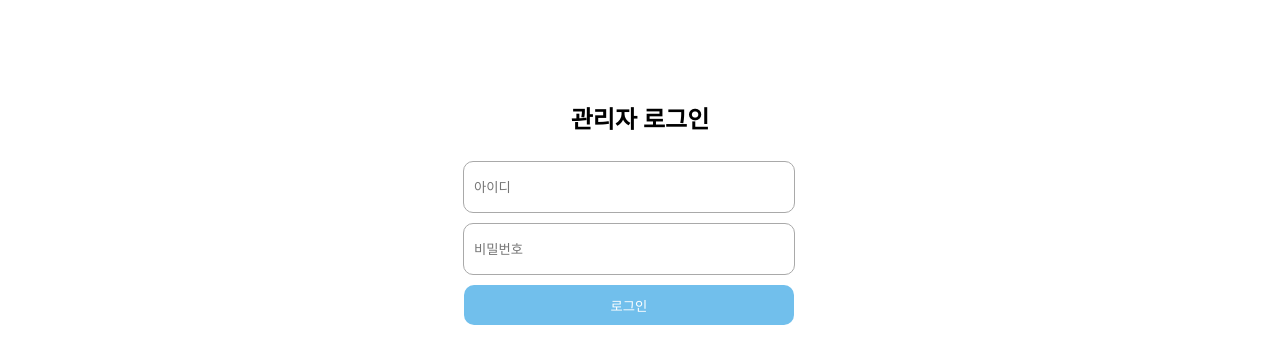
Repository: hystarbit/cinnamorollstore
Page: http://localhost/cinnamorollstore/admin/login/login.jsp
The author's editor kept a copy of each file at every save. The page is drawn from the files as they stood at one save, then again after the next save.
The browser window is 1280 px wide. The pictures show the whole page.
Some web fonts or font styles are not loaded; a fallback is used. The page is served by Tomcat 9. Nobody is signed in. The application's start-up code is not run. Other server files are loaded and not shown.

Above is the page before, as saved 2024-09-18 06:11:30.

### cinnamorollstore/src/main/webapp/admin/login/login.jsp
<%@ page language="java" contentType="text/html; charset=UTF-8"
	pageEncoding="UTF-8"%>
<%@ taglib prefix="c" uri="http://java.sun.com/jsp/jstl/core"%>
<c:set var="path" value="${pageContext.request.contextPath}" />
<!DOCTYPE html>
<html>
<head>
<meta charset="UTF-8">
<title>시나모롤 스토어</title>
<link href="${path}/resources/css/main.css" rel="stylesheet" />
</head>

<body>
	<c:if test="${param.error == 'nonAdmin' }">
		<script>
			alert('관리자에게만 권한이 있습니다. 고객님은 일반회원입니다.');
		</script>
	</c:if>
	<c:if test="${param.error == 'nonUser' }">
		<script>
			alert('당신은 회원이 아닙니다.');
		</script>
	</c:if>
	<div id="login" class="login">
		<h2 class="login-title">관리자 로그인</h2>
		<form action="${path }/admin/login.do" method="post" id="loginForm"
			class="loginForm">
			<input type="text" id="user_id" name="user_id"
			placeholder="아이디" style="width:310px; height: 30px;" required>
			<br>
			<input type="password" id="password" name="password"
				placeholder="비밀번호" style="width:310px; height: 30px;" required >
			<br>
			<button type="submit" id="login-submit" class="login-submit" >로그인</button>
		</form>
	</div>
</body>

</html>

### cinnamorollstore/src/main/webapp/resources/css/main.css
@font-face {
	font-family: 'TTLaundryGothicB';
	src:
		url('https://fastly.jsdelivr.net/gh/projectnoonnu/2403-2@1.0/TTLaundryGothicB.woff2')
		format('woff2');
	font-weight: 700;
	font-style: normal;
}

ul, menu, li {
	list-style: none;
}

a {
	text-decoration-line: none;
	color: #333;
}

#wrap {
	width: 100%;
	min-width: 1260px;
	margin: 0 auto;
	/* border: 1px solid black; */
}

header {
	max-width: 100%;
}

.top-bar {
	/* position: absolute;
    top: 0;
    right: 0;
    left: 0; */
	min-width: 1000px;
	width: 100%;
	height: 32px;
	background-color: #71BFEC;
	z-index: 4;
	font-size: 11px;
}

#headerMenu {
	/* z-index: 10; */
	list-style: none;
	float: right;
	font-size: 11px;
}

#headerMenu>li {
	float: left;
	height: 26px;
	position: relative;
	color: white;
	padding-right: 12px;
}

#headerMenu>li>a {
	color: white;
}

#menu {
	width: 100%;
	position: relative;
	min-width: 1000px;
	top: 0px;
	z-index: 0;
	overflow: hidden;
	height: 30px;
}

#categoryList {
	position: absolute;
	z-index: 0;
	text-align: center;
	display: flex;
	justify-content: space-evenly;
	align-item: center;
	width: 100%;
}

#categoryList>li {
	color: #333;
	font-family: 'TTLaundryGothicB';
}

hr {
	margin-top: 0.5em;
	margin-bottom: 0.5em;
	margin-left: -0.5em;
	margin-right: -0.5em;
	display: block;
	overflow: hidden;
	border-style: inset;
	border-width: 0.5px;
	color: rgb(207, 207, 207);
}

.middle-bar {
	margin-left: 15px;
	margin-right: 15px;
	margin-top: 20px;
	display: flex;
	position: relative;
	z-index: 3;
}

.logo {
	display: flex;
	position: relative;
	align-items: center;
	margin: 20px 0;
}

.logo>span {
	font-size: 30px;
	color: #71BFEC;
	margin-right: 10px;
	float: left;
	font-family: 'TTLaundryGothicB';
	text-align: center;
	width: 210px;
}

.logo>span>a {
	color: #71BFEC;
}

.search {
	position: relative;
	z-index: 3;
	float: left;
	margin-left: 0;
	margin-right: 22px;
	margin-top: 30px;
	width: calc(100% - 250px);
	height: 48px;
	border: 2px solid #71BFEC;
	border-radius: 24px;
}

#searchItem {
	width: calc(100% - 50px) !important;
	left: 20px;
	color: #333;
	position: absolute;
	padding-right: 0;
	padding-left: 0;
	height: 44px;
	margin: 0;
	border: 0;
	text-indent: 8px;
	font-size: 16px;
	outline: 0;
}

.icon-menu {
	display: flex;
	margin-top: 26px;
}

.icon-menu>li {
	float: left;
	position: relative;
	margin-right: 30px;
	display: flex;
	align-items: center;
	list-style: none;
	font-size: 12px;
	font-family: 'TTLaundryGothicB';
	text-align: center;
}

.my-page, .my-cart {
	display: flex;
	flex-direction: column;
	width: 60px;
}

.my-page-icon, .my-cart-icon {
	display: flex;
	width: 60px;
	justify-content: center;
	align-items: center;
	padding-bottom: 5px;
}

.my-page-title, .my-cart-title {
	width: 60px;
	text-align: center;
}

.login {
	margin: 100px auto;
}

.login>form>input {
	height: 40px;
}

.login-title, #join-title {
	font-family: 'TTLaundryGothicB';
	text-align: center;
}

.loginForm {
	z-index: 3;
	margin-top: 26px;
	margin-right: 22px;
	list-style: none;
	font-size: 12px;
	font-family: 'TTLaundryGothicB';
	text-align: center;
}

.loginForm>input {
	margin-bottom: 10px;
	height: 20px;
	width: 330px;
	border-radius: 10px;
	padding: 10px;
	border: 1px solid darkgrey;
}

.login-submit {
	background-color: #71BFEC;
	color: white;
	height: 40px;
	width: 330px;
	margin-bottom: 10px;
	border-radius: 10px;
	border: 0;
	cursor: pointer;
}

.join-button {
	background-color: #ffffff;
	color: #71BFEC;
	height: 40px;
	width: 330px;
	margin-bottom: 10px;
	border-radius: 10px;
	border: 1px solid #71BFEC;
	cursor: pointer;
}

#item-overview {
	position: relative;
	width: 980px;
	padding: 45px 45px 0 0;
	margin: 0 auto;
}

h2 {
	font-size: 24px;
}

h3 {
	font-family: 'TTLaundryGothicB';
	color: #71BFEC;
	font-size: 18px;
	margin-left: 20px;
}

.item-list {
	display: flex;
	overflow: hidden;
	width: 890px;
	/* width: 980px; */
	/* gap: 20px; */
	/* gap: 10px; */
}

.item {
	/* float: left; */
	width: 180px;
}

.item-image {
	width: 200px;
	margin-bottom: 12px;
	align-items: center;
}

.item-infos {
	display: flex;
	flex-direction: column;
	padding-top: 10px;
	font-size: 14px;
	text-align: center;
}

.item-price {
	font-weight: bold;
	color: #ff7bb0;
	font-size: 18px;
	padding: 5px 0;
}

.footer-menu {
	display: flex;
	justify-content: space-around;
	font-size: 12px;
}

.footer-info {
	width: 100%;
	display: flex;
	justify-content: space-evenly;
	font-size: 12px;
	margin-top: 20px;
}

.footer-logo>p {
	font-size: 20px;
	color: #71BFEC;
	margin-right: 10px;
	font-family: 'TTLaundryGothicB';
	text-align: center;
	align-items: center;
	width: 150px;
}

.footer-logo>p>a {
	color: #71BFEC;
	line-height: 150%;
}

.item-info {
	width: 980px;
	margin: 20px auto;
}

.item-info>h2 {
	font-family: 'TTLaundryGothicB';
}

.item-detail {
	display: flex;
	justify-content: space-around;
	padding: 10px;
}

.item-detail-infos {
	display: flex;
	flex-direction: column;
	justify-content: left;
	font-size: 16px;
	text-align: left;
	padding-top: 10px;
	color: #333;
	font-size: 18px;
	line-height: 200%;
	width: 200px;
}

.item-detail-title {
	margin-right: 10px;
	font-weight: bold;
	font-size: 14px;
}

.item-detail-price {
	color: #ff7bb0;
	font-size: 14px;
}

.item-detail-original-price {
	color: #333;
	text-decoration-line: line-through;
}

.item-detail-count>input {
	width: 30px;
}

.item-detail-delivery-price {
	color: #333;
	font-size: 18px;
}

.left {
	display: block;
	width: 100px;
	float: left;
	text-align: right;
	padding-right: 10px;
}

.item-detail-btn {
	display: flex;
	justify-content: space-between;
	align-items: center;
	margin-top: 20px;
	gap: 10px;
}

.cart {
	width: 140px;
	height: 40px;
	background-color: white;
	border: 1px solid #71BFEC;
	border-radius: 10px;
	color: #71BFEC;
	font-weight: bold;
	cursor: pointer;
	margin: 5px;
}

.cart>a {
	color: #71BFEC;
}

.buy {
	width: 140px;
	height: 40px;
	background-color: #71BFEC;
	border: 1px solid #71BFEC;
	border-radius: 10px;
	color: white;
	font-weight: bold;
	cursor: pointer;
	margin: 5px;
}

.buy>a {
	color: white;
}

.item-cart-infos {
	display: flex;
	flex-direction: column;
	font-size: 12px;
	text-align: left;
	padding-top: 10px;
	color: #333;
	line-height: 150%;
	width: 300px;
}

.item-cart-title {
	font-size: 15px;
	margin-right: 10px;
	font-weight: bold;
}

.itemCategoryCount {
	font-size: 16px;
	color: #333;
	display: flex;
	justify-content: flex-end;
}

.itemCount {
	padding-left: 10px;
}

.itemSelect {
	display: flex;
	justify-content: space-between;
	margin-top: 10px;
	align-items: center;
}

.itemOrders {
	font-size: 16px;
	color: #333;
	display: flex;
	justify-content: flex-start;
	margin-left: -40px;
}

.itemOrder {
	padding-right: 10px;
}

.select {
	width: 80px;
	height: 30px;
	font-size: 16px;
	padding: 4px;
	color: #333;
	border-radius: 6px;
}

.delivery-info {
	margin-left: -20px;
	line-height: 150%;
	font-size: 14px;
}

.method-payment {
	font-size: 14px;
}

.order-info {
	font-size: 14px;
	width: 940px;
	margin: 10px 20px;
	text-align: center;
	border-bottom: 1px solid #333;
	border-collapse: collapse;
	line-height: 150%;
}

.order-info tr th {
	background: #71BFEC;
	color: white;
	border: 1px solid #71BFEC;
}

.order-info tr th a {
	color: white;
}

.order-info-table {
	font-size: 14px;
	width: 940px;
	margin: 10px 20px;
	border-top: 1px solid #333;
	border-bottom: 1px solid #333;
	border-collapse: collapse;
	line-height: 150%;
}

.order-info-table tr {
	border-bottom: 1px solid #333;
}

.table-left {
	color: white;
	font-weight: bold;
	text-align: right;
	padding: 4px;
	border-right: 1px solid #333;
}

.border-all {
	border: 1px solid #333;
}

.table-right {
	color: #333;
	padding: 4px;
	border-left: 1px solid #333;
}

.mypage-bar {
	border: 1px solid #333;
	width: 200px;
}

.order-period {
	text-align: center;
	font-size: 14px;
	margin-top: 20px;
	margin-bottom: 20px;
	display: flex;
	gap: 10px;
	align-items: center;
	justify-content: center;
}

.order-check {
	height: 26px;
	width: 70px;
	border: 0;
	border-radius: 4px;
	background: #71BFEC;
	color: white;
}

.order-item-detail-top {
	display: flex;
	justify-content: space-between;
	margin-top: 10px;
	font-weight: bold;
}

.order-item-detail-top-text {
	display: flex;
	justify-content: space-between;
	gap: 10px;
}

.order-buttons {
	display: flex;
	gap: 10px;
}

.order-button {
	background: white;
	border: 1px solid #71BFEC;
	border-radius: 4px;
	color: #71BFEC;
	height: 26px;
}

.dropdown-menu {
	font-size: 14px;
}

.order-item-detail-middle {
	margin-top: 10px;
	display: flex;
	justify-content: space-between;
	gap: 10px;
}

.order-item-detail-category {
	font-weight: bold;
	font-size: 18px;
}

.order-item-detail-tables {
	display: flex;
	align-items: center;
}

.order-item-detail {
	width: 900px;
	border: 1px solid darkgrey;
}

.order-item-list {
	margin: 20px;
}
/*
.nav{
    margin: 10px 0 0 10px;
    width: 120px;
    border:2px solid #71BFEC;
    border-radius: 10px;
    font-size: 14px;
    font-family: 'TTLaundryGothicB';
}


.nav-link{
    color: #71BFEC;
}


.nav-link:hover{
    color: #71BFEC;
}


.nav-item .disabled{
    background: #71BFEC;
    color: white;
}

.nav-item .active{
    color: #ff7bb0;
}
*/
.modal-title {
	font-family: 'TTLaundryGothicB';
}

.delivery-status-title {
	font-family: 'TTLaundryGothicB';
	font-size: 16px;
	color: #333;
	margin-left: 20px;
}

.modal-footer {
	display: flex;
	justify-content: center;
}

.order-info-title {
	display: flex;
	justify-content: space-between;
	align-items: center;
	/* overflow:scroll; */
}

.edit {
	width: 40px;
	height: 25px;
	margin-right: 20px;
	cursor: pointer;
}

label {
	padding-right: 10px;
}

.content {
	width: 700px;
	height: 100px;
	font-size: 14px;
	resize: none;
	text-align: left;
	/* overflow:scroll; */
}

.delete-account-info p {
	font-size: 14px;
	color: #333;
}

.items-title {
	display: flex;
	justify-content: space-between;
	align-items: center;
}

.paging {
	display: flex;
	justify-content: center;
	align-items: center;
	margin-top: 20px;
}

.page-link {
	font-size: 14px;
	color: #71BFEC;
}

.page-link:visited {
	color: #71BFEC;
}

.page-link:hover {
	color: #71BFEC;
}

.bold {
	font-weight: bold;
}

.order-management {
	border: 1px solid #333;
	padding: 10px;
}

.black {
	color: #333;
}

.border-free {
	border: 0
}

h4 {
	font-family: 'TTLaundryGothicB';
	font-size: 16px;
	margin-left: 20px;
}

.order-item-list {
	font-size: 14px;
	/* height: 124px; */
	margin-top: -1px;
	padding: 10px;
	/* overflow: scroll; */
}

p {
	line-height: 70%;
}

.text-right {
	text-align: right;
	font-size: 14px;
	margin-right: 20px;
}

.product-exposure {
	display: flex;
	gap: 20px;
	align-items: center;
	margin-left: 20px;
	font-size: 14px;
}

.admin-main-body {
	display: grid;
	grid-template-columns: 1fr 1fr;
	gap: 20px;
}

.mypage-main {
	display: grid;
	gap: 40px;
	grid-template-columns: 200px 800px;
}

testarea{
	padding: 0;
	margin: 0;
	line-height: normal;
}

.linethrough{
	text-decoration-line: line-through;
}

.reply{
	background-color: #71BFEC;
	border: 1px solid #333;
}

After the next save:
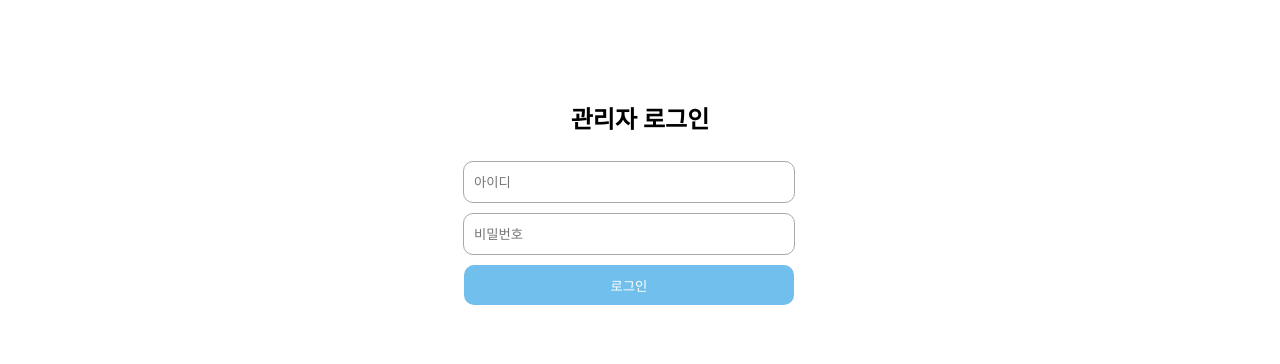
Saved 12 s later.
--- a/cinnamorollstore/src/main/webapp/admin/login/login.jsp
+++ b/cinnamorollstore/src/main/webapp/admin/login/login.jsp
@@ -26,10 +26,10 @@
 		<form action="${path }/admin/login.do" method="post" id="loginForm"
 			class="loginForm">
 			<input type="text" id="user_id" name="user_id"
-			placeholder="아이디" style="width:310px; height: 30px;" required>
+			placeholder="아이디" style="width:310px; height: 20px;" required>
 			<br>
 			<input type="password" id="password" name="password"
-				placeholder="비밀번호" style="width:310px; height: 30px;" required >
+				placeholder="비밀번호" style="width:310px; height: 20px;" required >
 			<br>
 			<button type="submit" id="login-submit" class="login-submit" >로그인</button>
 		</form>
